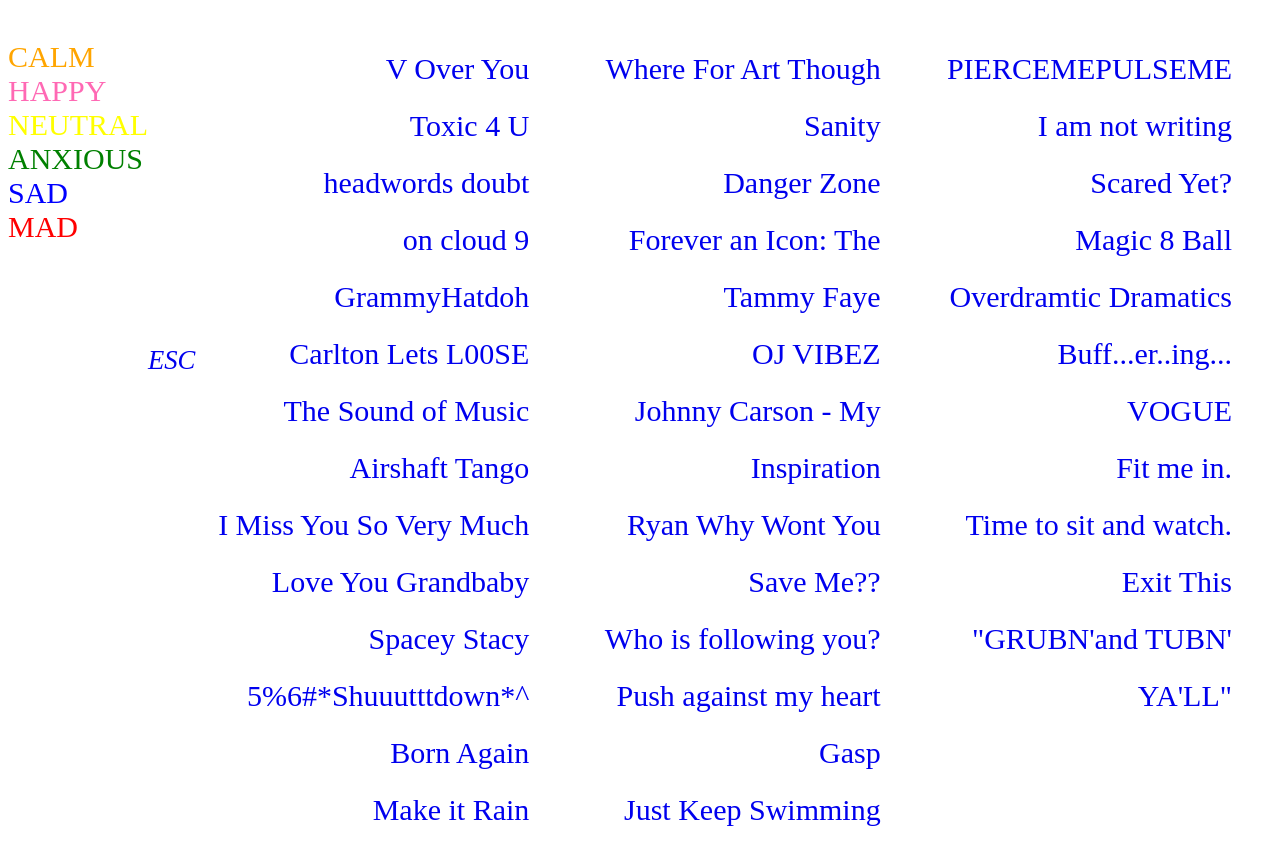
Repository: bradk647/bradk647.github.io
Page: cheatsheet.html
The author's editor kept a record of every edit. The page is drawn from the files as they stood at one moment, then again after the next edit.
The browser window is 1280 px wide. The pictures show the whole page.

Above is the page before.

### cheatsheet.html
<html>
    <head>
        <title>
            Y U CHEAT?
        </title>
        <style>

            body{
                background-color:white;

            }

            .wrapper {
                margin: 0 auto;
            }



            a:link {
                text-decoration: none;
            }

            a:visited {
                text-decoration: none;
            }

            a:hover {
                text-decoration: line-through;
            }

            a:active {
                text-decoration: underline;
            }

            ul {
                font-family:"Times New Roman",serif;
                font-size:30px;
                line-height:1.9em;
                list-style-type: none;
            	counter-reset: section;

            	-moz-column-count: 3;
                -moz-column-gap: 20px;
                -webkit-column-count: 3;
                -webkit-column-gap: 10px;
                column-count: 3;
                column-gap: 10px;

                text-align: right;
                vertical-align: middle;
                margin-right:40px;
                margin-top:40px;
            }

            ul li
            {
            	padding-left: 30px;
            	position: relative;
            }

            ul li:before
            {

            	margin: 0 0 0 -34px;
            	text-align: right;
            	width: 2em;
            	display: inline-block;
            	position: absolute;
            	height: 100%;

            }


            .red:hover {
                color: red;
            }
            .green:hover {
                color: green;
            }.blue:hover {
                color: blue;
            }.yellow:hover {
                color: yellow;
            }.orange:hover {
                color: orange;
            }
            .pink:hover {
                color: #FF69B4;
            }

            .cat {
                font-family:"Times New Roman",serif;
                font-size:30px;
                float:left;

            }

            .cat1:hover {
                text-decoration:line-through;
                color:orange;

            }

            .cat2:hover {
                text-decoration:line-through;
                color:#FF69B4;

            }

            .cat3:hover {
                text-decoration:line-through;
                color:yellow;

            }

            .cat4:hover {
                text-decoration:line-through;
                color:green;

            }

            .cat5:hover {
                text-decoration:line-through;
                color:blue;

            }

            .cat6:hover {
                text-decoration:line-through;
                color:red;

            }

            .cat1 {
                color: orange;
            }
            .cat2 {
                color: #FF69B4;
            }
            .cat3 {
                color: yellow;
            }

            .cat4 {
                color: green;
            }

            .cat5 {
                color: blue;
            }

            .cat6 {
                color: red;

            }

            .leftwrapper {
                width:50%;
                float: left;

            }

            .esc {
            	position: fixed;
            	top: 50%;
            	font-size: 20pt;
            	font-style:italic;
            	-webkit-transform: translateY (-50%);
            	   -moz-transform: translateY(-50%);
            			transform: translateY(-50%);
            }
        </style>
    </head>
    <body>


  <div class="wrapper">
     <div class="cat">
            <div class="cat1">
                CALM
            </div>
            <div class="cat2">
                HAPPY
            </div>
            <div class="cat3">
                NEUTRAL
            </div>
            <div class="cat4">
                ANXIOUS
            </div>
            <div class="cat5">
                SAD
            </div>
            <div class="cat6">
                MAD
            </div>
    </div>

    <div class="leftwrapper">
                <div class="esc">
                    <a href="indexbunny.html">ESC</a> <br />
                </div>
            </div>
        <ul>

            <a href="bunny/VOverYou.html" class="yellow"><li>V Over You</li></a>
            <a href="bunny/brit.html" class="red"><li>Toxic 4 U</li></a>
            <a href="bunny/headwords.html" class="blue"><li>headwords doubt</li></a>
            <a href="bunny/clouds.html" class="orange"><li>on cloud 9</li></a>
            <a href="bunny/GrammyHatdoh.html" class="pink"><li>GrammyHatdoh</li></a>
            <a href="bunny/disco.html" class="pink"><li>Carlton Lets L00SE</li></a>
             <a href="bunny/moutaintop.html" class="orange"><li>The Sound of Music</li></a>
            <a href="bunny/AirshaftTango.html" class="green"><li>Airshaft Tango</li></a>
            <a href="bunny/IMissYouSoVeryMuch.html" class="blue"><li>I Miss You So Very Much</li></a>
            <a href="bunny/oldpeople.html" class="pink"><li>Love You Grandbaby</li></a>
            <a href="bunny/SpaceyStacy.html" class="yellow"><li>Spacey Stacy</li></a>
            <a href="bunny/Shutdown.html" class="green"><li>5%6#*Shuuutttdown*^</li></a>
            <a href="bunny/BornAgain.html" class="green"><li>Born Again</li></a>
            <a href="bunny/MakeItRain.html" class="orange"><li>Make it Rain</li></a>
            <a href="bunny/shakespere.html" class="green"><li>Where For Art Though Sanity </li></a>
            <a href="bunny/dangerzone.html" class="pink"><li>Danger Zone </li></a>
            <a href="bunny/tammyfaye.html" class="blue"><li>Forever an Icon: The Tammy Faye</li></a>
            <a href="bunny/OJVibes.html" class="red"><li>OJ VIBEZ</li></a>
            <a href="bunny/SHOUT.html" class="red"><li>Johnny Carson - My Inspiration </li></a>
            <a href="bunny/buried.html" class="green"><li>Ryan Why Wont You Save Me??</li></a>
            <a href="bunny/WhoIsFollowingYou.html" class="orange"><li>Who is following you?</li></a>
            <a href="bunny/padded.html" class="blue"><li>Push against my heart</li></a>
            <a href="bunny/poem1.html" class="green"><li>Gasp</li></a>
            <a href="bunny/DORI.html" class="pink"><li>Just Keep Swimming</li></a>
            <a href="bunny/PUSLEME.html" class="red"><li>PIERCEMEPULSEME</li></a>
            <a href="bunny/NotWriting.html" class="green"><li>I am not writing</li></a>
            <a href="bunny/knife.html" class="red"><li>Scared Yet?</li></a>
            <a href="bunny/magic8ball.html" class="yellow"><li>Magic 8 Ball</li></a>
            <a href="bunny/overdrama.html" class="blue"><li>Overdramtic Dramatics</li></a>
            <a href="bunny/textmess.html" class="yellow"><li>Buff...er..ing...</li></a>
            <a href="bunny/insta.html" class="yellow"><li>VOGUE</li></a>
            <a href="../mold.html" class="green"><li>Fit me in.</li></a>
            <a href="bunny/window.html" class="yellow"><li>Time to sit and watch.</li></a>
            <a href="bunny/exit.html" class="blue"><li>Exit This</li></a>
            <a href="bunny/snackz.html" class="pink"><li>"GRUBN'and TUBN' YA'LL"</li></a>





        </ul>
    </div>

    </body>
</html>

After the next edit:
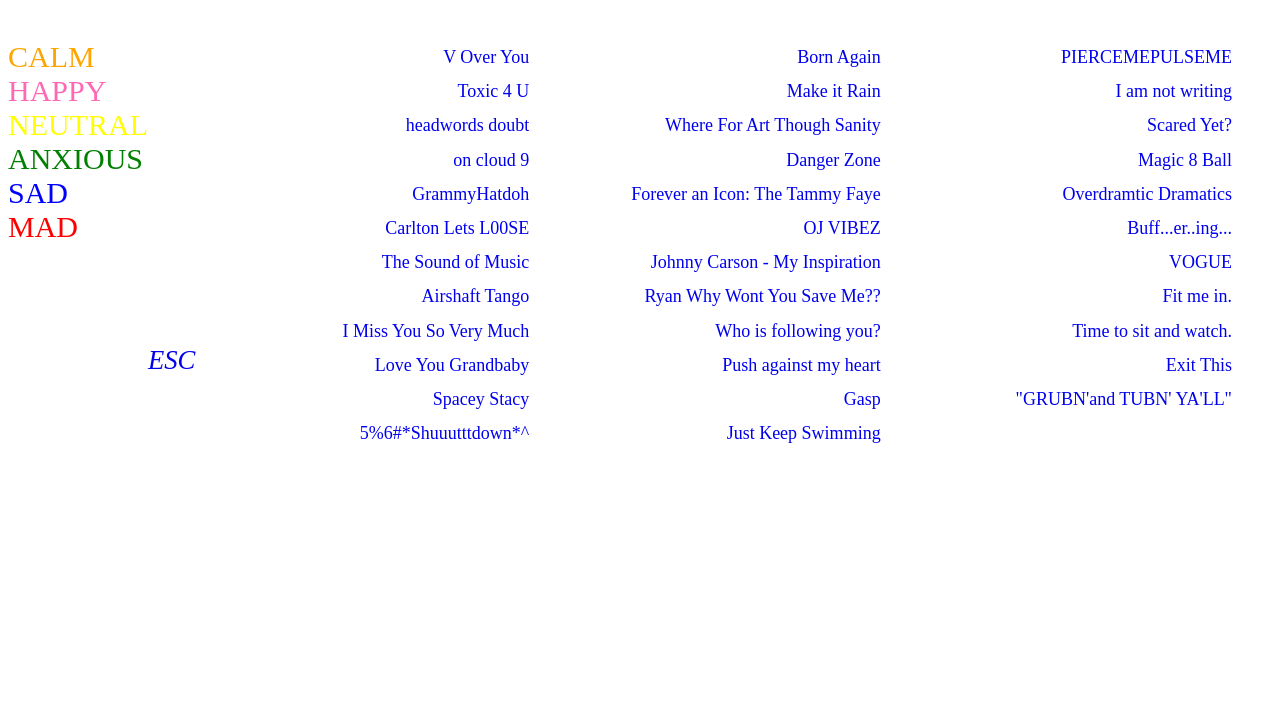
The edit:
--- a/cheatsheet.html
+++ b/cheatsheet.html
@@ -34,7 +34,7 @@
 
             ul {
                 font-family:"Times New Roman",serif;
-                font-size:30px;
+                font-size:18px;
                 line-height:1.9em;
                 list-style-type: none;
             	counter-reset: section;
